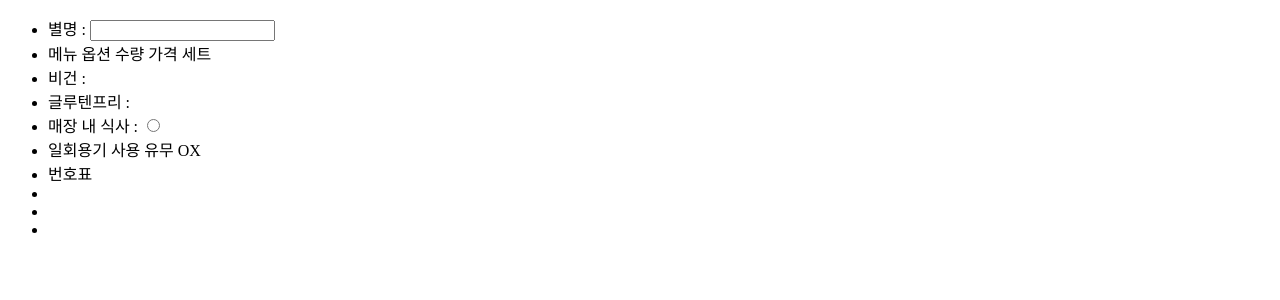
Repository: 1018lmh-hub/java_dynamic
Page: MyFirstWebProject/src/main/webapp/views/burger_request_get.html
The author's editor kept a copy of each file at every save. The page is drawn from the files as they stood at one save, then again after the next save.
The browser window is 1280 px wide. The pictures show the whole page.

Above is the page before, as saved 2026-05-04 08:35:20.

### MyFirstWebProject/src/main/webapp/views/burger_request_get.html
<!DOCTYPE html>
<html>
<head>
<meta charset="UTF-8">
<title>버거</title>
</head>
<body>

	<form method = "get" action="http://localhost:8088/first/second.do">
		<ul>
			<li>
				별명 : <input type = "text" name = "name"/>
			</li>
			<li>
				메뉴 옵션 수량 가격 세트
			</li>
			<li>
				비건 :
			</li>
			<li>
				글루텐프리 :
			</li>
			<li>
				매장 내 식사 : <input type="radio" name =  포장 :
			</li>
			<li>
				일회용기 사용 유무 OX
			</li>
			<li>
				번호표
			</li>
			<li>

			</li>
			<li>

			</li>
			<li>

			</li>


		</ul>

	</form>



</body>
</html>

After the next save:
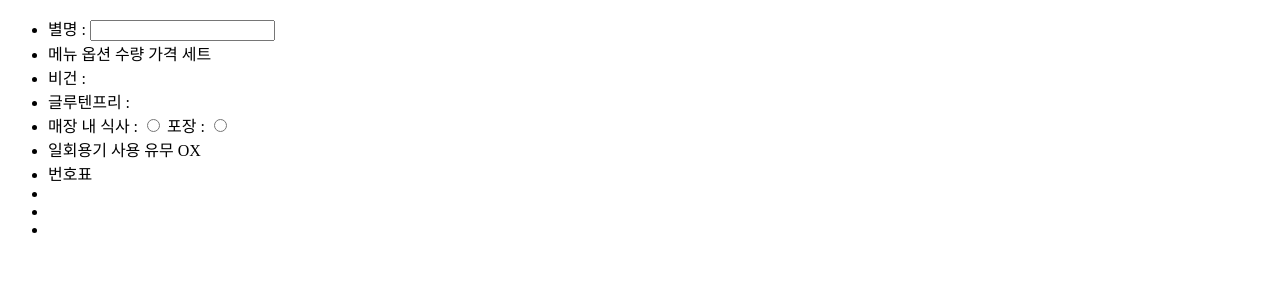
Saved 4 min 19 s later.
--- a/MyFirstWebProject/src/main/webapp/views/burger_request_get.html
+++ b/MyFirstWebProject/src/main/webapp/views/burger_request_get.html
@@ -21,7 +21,8 @@
 				글루텐프리 :
 			</li>
 			<li>
-				매장 내 식사 : <input type="radio" name =  포장 :
+				매장 내 식사 : <input type="radio" name = "order" value= "매장"/>
+				포장 : <input type="radio" name = "order" value="포장"/>
 			</li>
 			<li>
 				일회용기 사용 유무 OX
